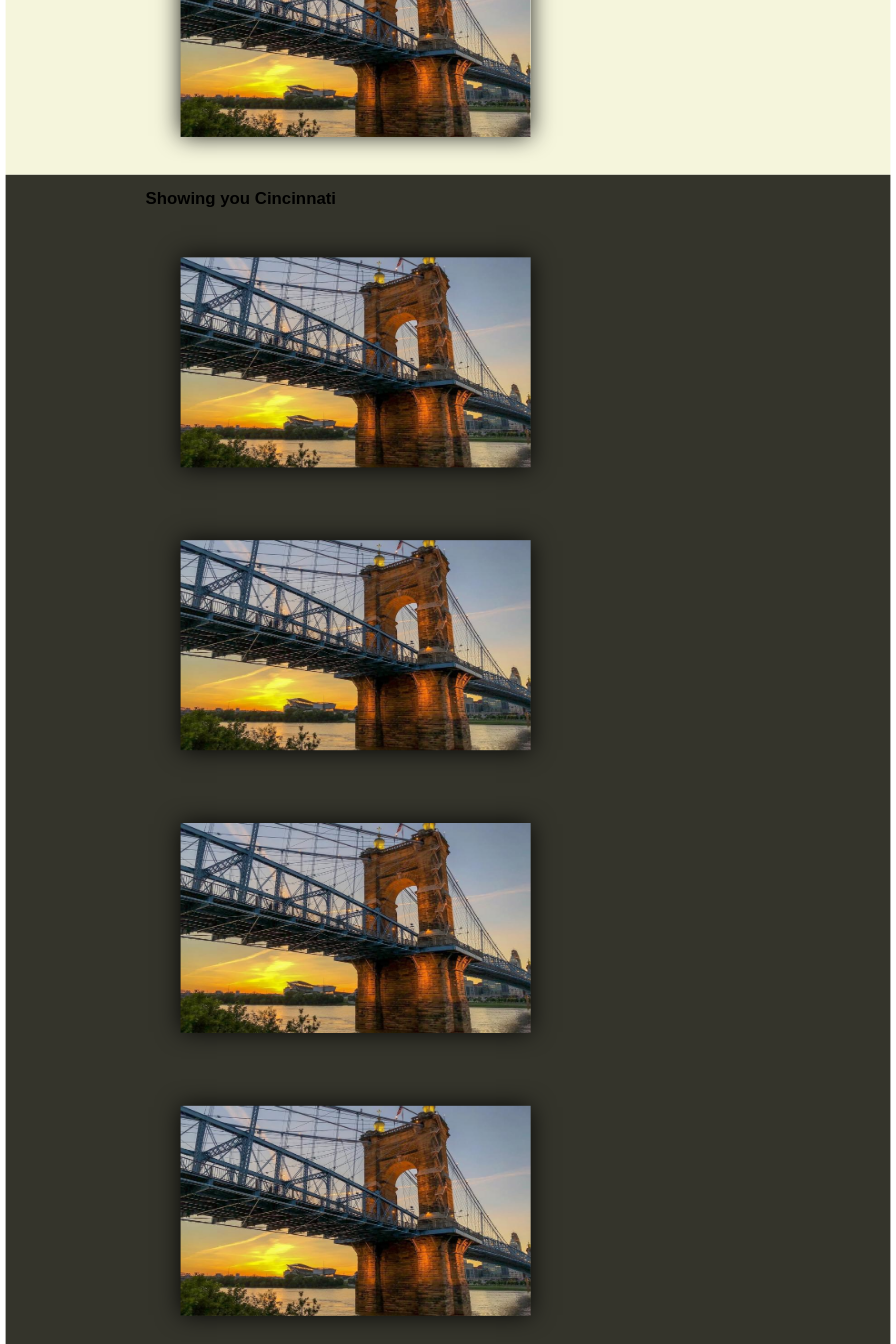
Repository: LtGriff/capstoneprogress
Page: index.html
The author's editor kept a copy of each file at every save. The page is drawn from the files as they stood at one save, then again after the next save.
The browser window is 1280 px wide. The pictures show the part of the page from y = 1844 to 3764 px (the page is 4190 px tall before and 3962 px after), at 70% of full size.

Above is the page before, as saved 2022-06-06 00:25:19.

### index.html
<!DOCTYPE html>
<html lang="en">
<head>
     <meta charset="UTF-8">
     <meta http-equiv="X-UA-Compatible" content="IE=edge">
     <meta name="viewport" content="width=device-width, initial-scale=1.0">
     <title>Document</title>
     <link rel="stylesheet" href="style.css">
</head>
<body>


     </html><nav id="main-menu">
     <ul class="nav-bar">
          <li class="nav-button-home"><a href="#">Home</a></li>
          <li class="nav-button-services"><a href="#">Services</a></li>
          <li class="nav-button-products"><a href="#">Products</a></li>
     </ul>
</nav>


<section class="gallery">
     <div class="picture">
          <img src="img/bridge.jpg" alt="bridge">


     </div>

     <div class="picture">
          <img src="img/bridge.jpg" alt="bridge">


     </div>

     <div class="picture">
          <img src="img/bridge.jpg" alt="bridge">


     </div>

     <div class="picture">
          <img src="img/bridge.jpg" alt="bridge">


     </div>


     <div class="picture">
          <img src="img/bridge.jpg" alt="bridge">


     </div>
</section>





<section class="gallerytwo">

                         <h1>Showing you Cincinnati</h1>

     <div class="picture">
          <img src="img/bridge.jpg" alt="bridge">


     </div>

     <div class="picture">
          <img src="img/bridge.jpg" alt="bridge">


     </div>

     <div class="picture">
          <img src="img/bridge.jpg" alt="bridge">


     </div>

     <div class="picture">
          <img src="img/bridge.jpg" alt="bridge">


     </div>


     <div class="picture">
          <img src="img/bridge.jpg" alt="bridge">


     </div>
</section>


</body>

### style.css
body { font-family: sans-serif; }

#main-menu .nav-bar { list-style:none; margin-top: 40px; }
#main-menu .nav-bar li { display:inline; padding:0 10px; }

#main-menu .nav-bar li a {
  text-decoration: none;
  padding-left: 25px;
  text-transform: uppercase;
  color: #333;
	text-shadow: 1px 1px 1px #ccc;
}

.nav-bar .nav-button-home a { background:url("https://www.cheesetoast.co.uk/cheesepress/wp-content/uploads/2012/08/home.gif") no-repeat 0px -2px transparent; }

.nav-bar .nav-button-services a { background:url("https://www.cheesetoast.co.uk/cheesepress/wp-content/uploads/2012/08/services.gif") no-repeat 0px -2px transparent; }

.nav-bar .nav-button-products a { background:url("https://www.cheesetoast.co.uk/cheesepress/wp-content/uploads/2012/08/products.gif") no-repeat 0px -2px transparent; }


.gallery{
  display: flex;
  flex-direction: row;
  flex-wrap: wrap;
  justify-content: space-between;
  background-color: beige;
  height: 100%;
  padding: 0px 200px;
}

.gallery .picture{
  margin: 50px;
}

.gallery .picture img{
  width: 500px;
  height: 300px;
  box-shadow: 0px 0px 32px -1px rgba(0, 0, 0, 0.9);
}

/* Gallery two */



.gallerytwo{
  display: flex;
  flex-direction: row;
  flex-wrap: wrap;
  justify-content: space-between;
  background-color: rgb(52, 52, 43);
  height: 100%;
  padding: 0px 200px;
}

.gallerytwo .picture{
  margin: 50px;
}

.gallerytwo .picture img{
  width: 500px;
  height: 300px;
  box-shadow: 0px 0px 32px -1px rgba(0, 0, 0, 0.9);
}

After the next save:
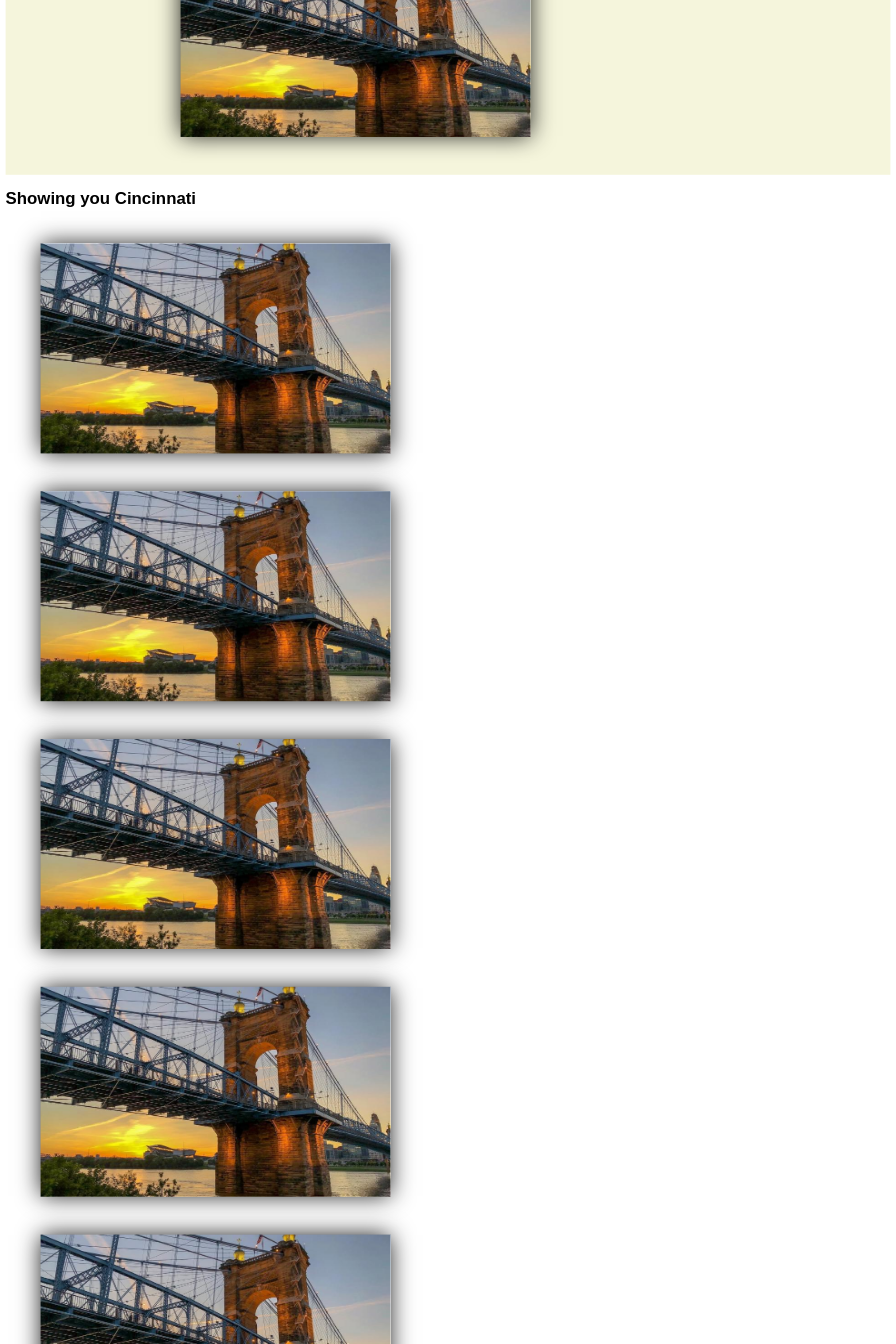
Saved 5 s later.
--- a/style.css
+++ b/style.css
@@ -39,7 +39,7 @@
 }
 
 /* Gallery two */
-
+.h1
 
 
 .gallerytwo{

After the 2 saves that followed:
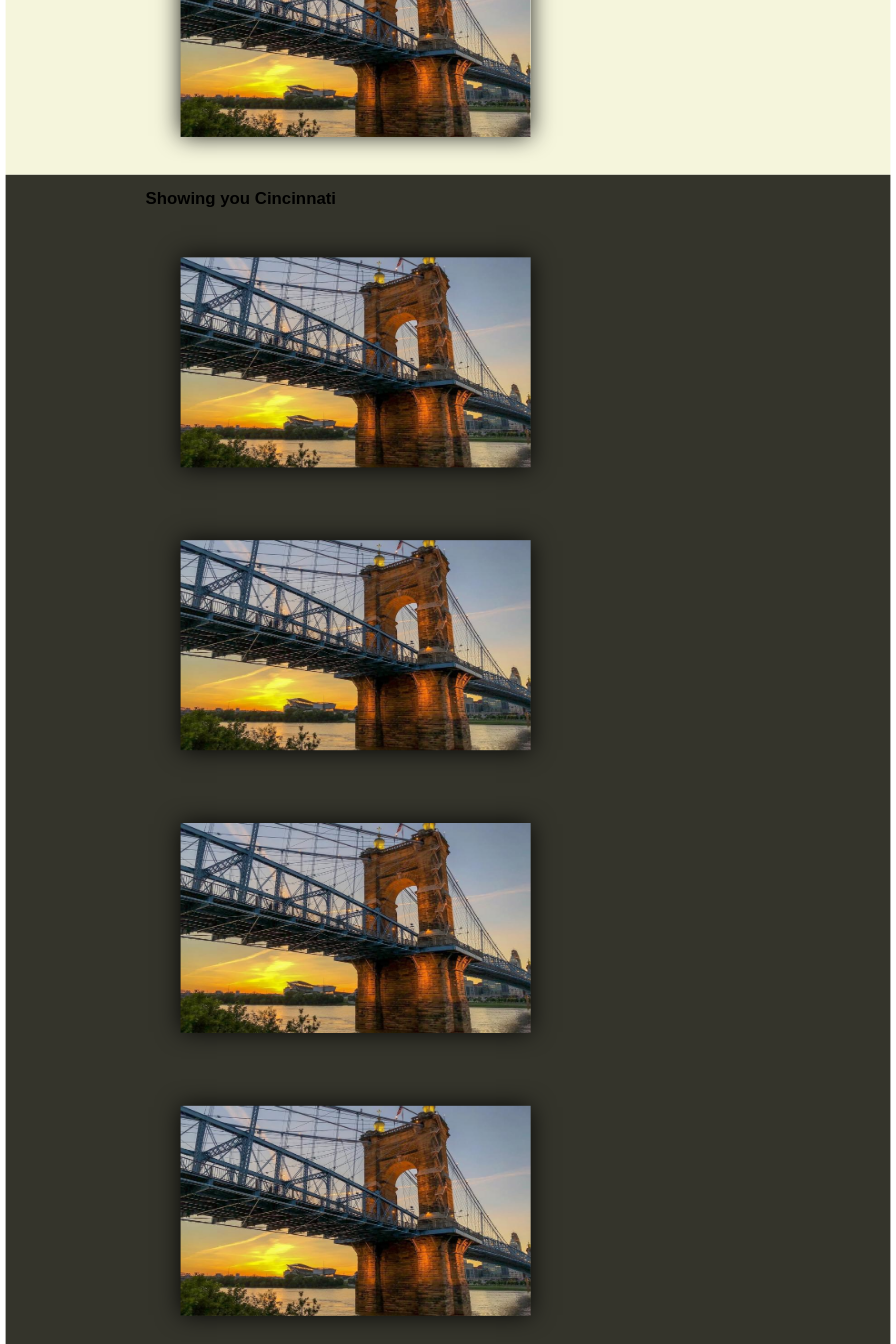
The 2 saves are shown as one change because they came seconds apart.
The last was saved 5 s later.
--- a/style.css
+++ b/style.css
@@ -39,7 +39,9 @@
 }
 
 /* Gallery two */
-.h1
+.h1{
+  text-align: center;
+}
 
 
 .gallerytwo{
